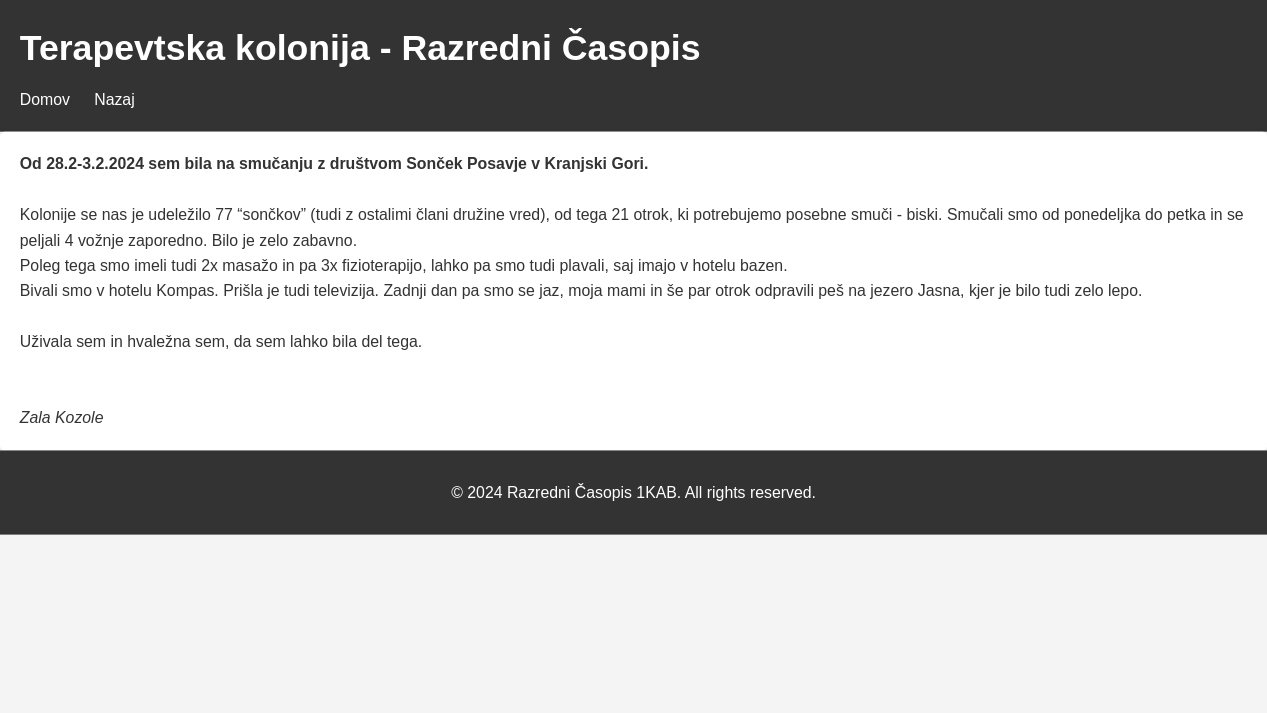
Repository: razrednicasopis/razrednicasopis.github.io
Page: Resources/terapevtskakolonija.html
The author's editor kept a copy of each file at every save. The page is drawn from the files as they stood at one save, then again after the next save.
The browser window is 1280 px wide. The pictures show the whole page, at 99% of full size.

Above is the page before, as saved 2024-03-12 12:46:31.
Console error: TypeError: Cannot read properties of null (reading 'addEventListener')

After the next save:
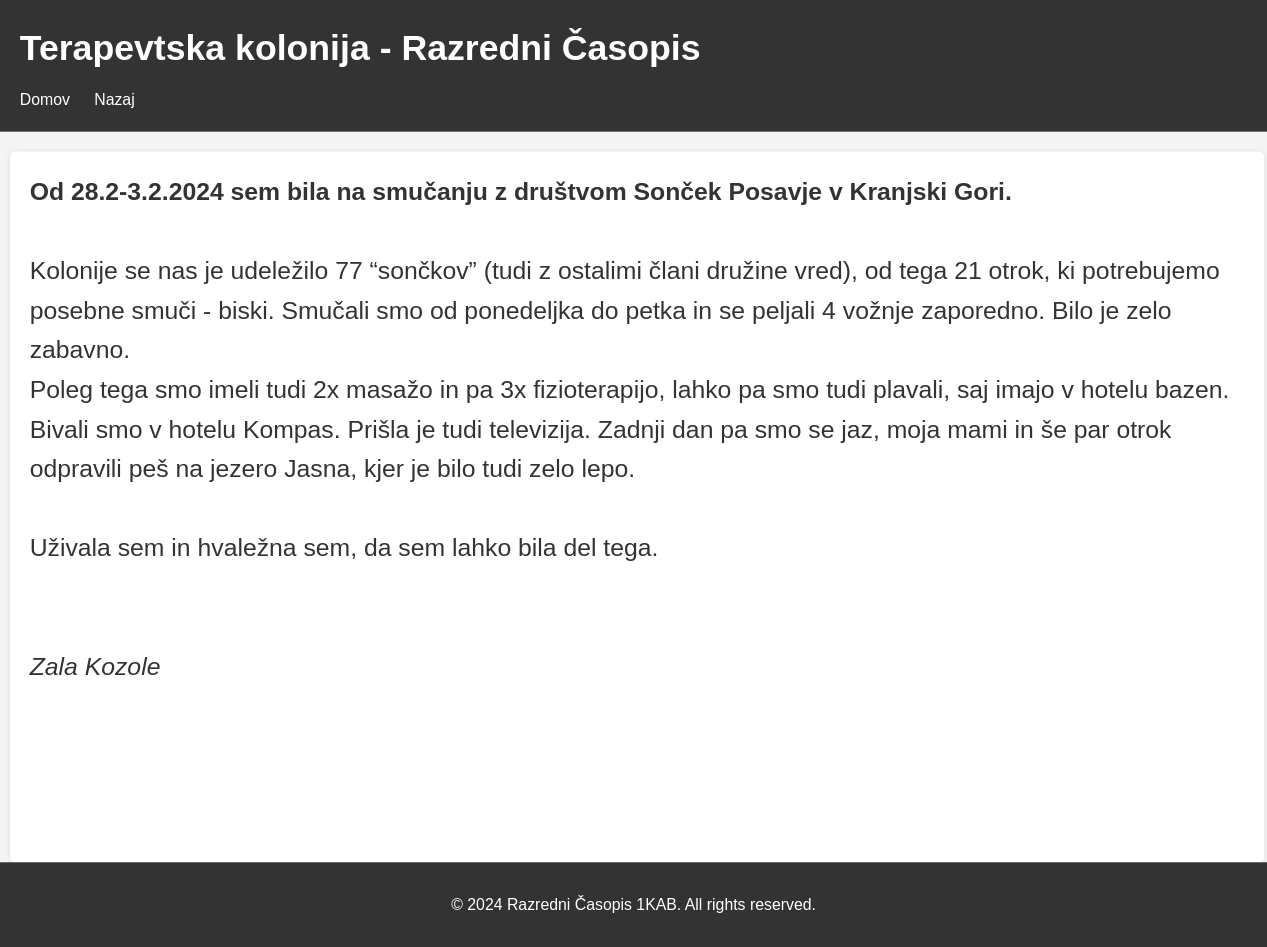
Saved 6 min 28 s later.
--- a/Resources/system.css
+++ b/Resources/system.css
@@ -435,6 +435,17 @@ height: 120px;
   margin-bottom: 20px;
 }
 
+#dynamicText {
+  float: right; /* Align to the right */
+  width: calc(89% - 250px); /* Adjusted width */
+  box-sizing: border-box;
+  margin-top: 90px;
+}
+
+#dynamicText article {
+  width: 99%;
+}
+
 /* Pravila Obrazca CSS */
 
 .pravilaobrazca {
@@ -465,3 +476,65 @@ height: 120px;
 .creditslist li {
   margin-bottom: 5px;
 }
+
+.adminlist article {
+  min-height: 225px;
+}
+
+/* Članki CSS */
+
+.člankimargin {
+  margin-top: 20px;
+}
+
+.člankimargin article {
+  width: 99%;
+  margin-left: 10px;
+  height: 19cm;
+}
+
+.člankitext {
+  margin-bottom: 75px;
+  font-size: 25px;
+}
+
+.člankitext2 {
+  font-size: 14.5px;
+}
+
+.člankitext3 {
+  font-size: 18px;
+}
+
+#vitin_spis {
+  font-size: 20px;
+}
+
+#grinchtext {
+  font-size: 20px;
+}
+
+#grinchimg img {
+  width: 20%;
+  height: 20%
+}
+
+/* CSS za mediji.html */
+
+.shrambaslik {
+  float: right; /* Align to the right */
+  width: calc(89% - 250px); /* Adjusted width */
+  box-sizing: border-box;
+  margin-top: 90px;
+}
+
+.shrambaslik img[id="1"] {
+  width: 25%;
+  height: 25%;
+}
+
+.shrambaslik img[id="2"] {
+  width: 10%;
+  height: 5%;
+  margin-left: 2%;
+}
